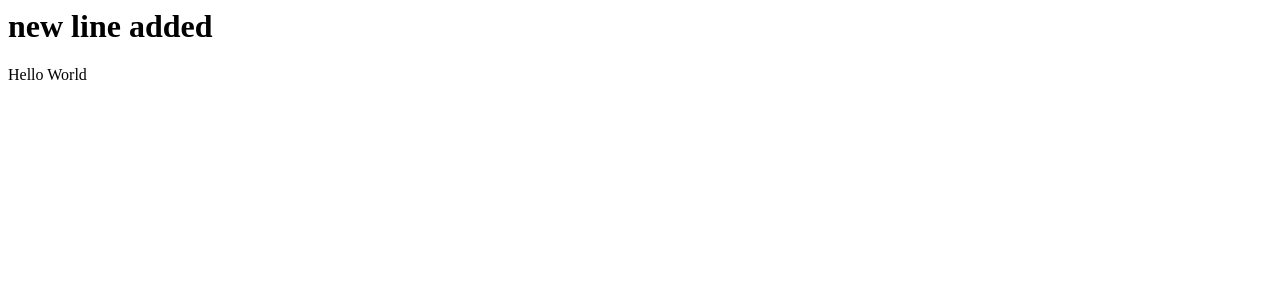
Repository: SiddhiRepo/gitTrail
Page: index.html
The author's editor kept a copy of each file at every save. The page is drawn from the files as they stood at one save, then again after the next save.
The browser window is 1280 px wide. The pictures show the whole page.

Above is the page before, as saved 2024-03-10 15:20:08.

After the next save:
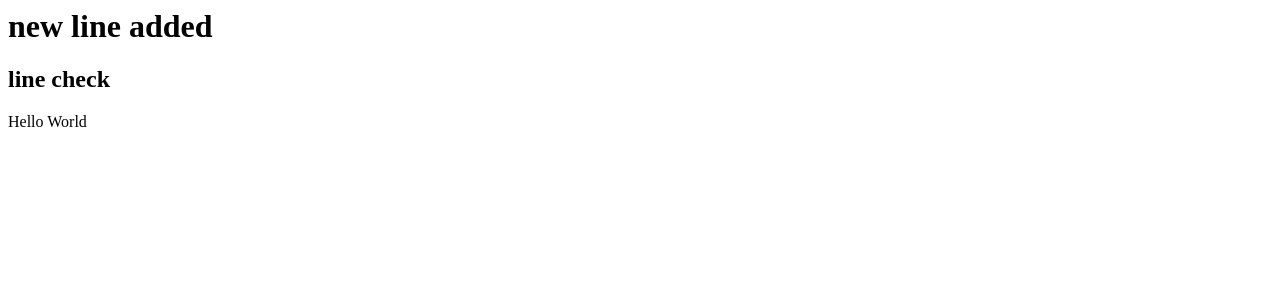
Saved 5 min 54 s later.
--- a/index.html
+++ b/index.html
@@ -2,6 +2,7 @@
 
 <body>
   <h1>new line added</h1>
+  <h2>line check</h2>
     <p>
         Hello World
     </p>
